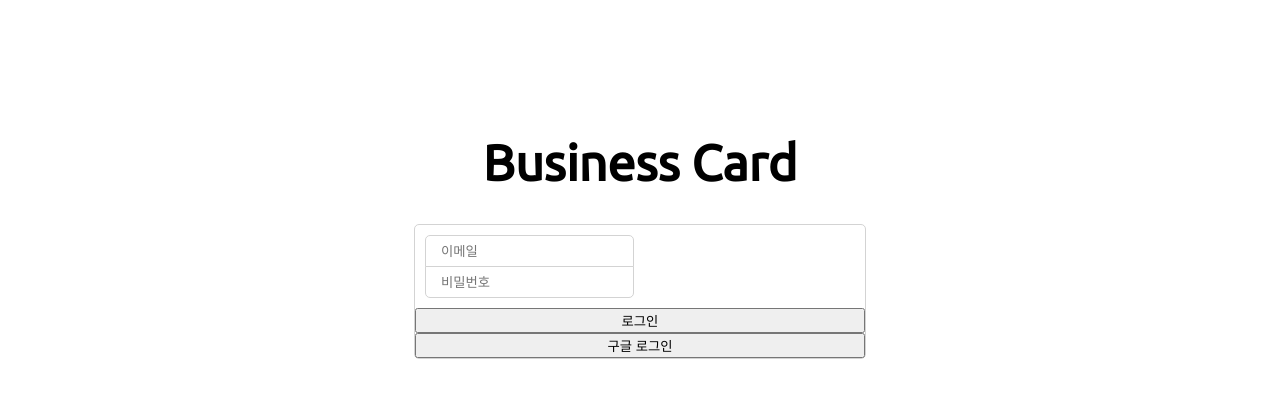
Repository: momo0170/react_businesscard
Page: /login
These files come from the project's save history. The page is drawn as it stood at one moment and after the next save; the edit follows.
The browser window is 1280 px wide. The pictures show the whole page.
The page's requests for data from a server got no answer. The project was rebuilt for these pictures with package versions that can differ from the ones it lists, and the page was loaded fresh each time. No one was signed in, and anything a server would have sent is missing.

Above is the page before, as saved 2022-08-10 20:07:34.

### public/index.html
<!DOCTYPE html>
<html lang="en">
  <head>
    <meta charset="utf-8" />
    <link rel="icon" href="%PUBLIC_URL%/favicon.ico" />
    <meta name="viewport" content="width=device-width, initial-scale=1" />
    <meta name="theme-color" content="#000000" />
    <meta
      name="description"
      content="Web site created using create-react-app"
    />
    <link rel="preconnect" href="https://fonts.googleapis.com" />
    <link rel="preconnect" href="https://fonts.gstatic.com" crossorigin />
    <link
      href="https://fonts.googleapis.com/css2?family=Ubuntu:ital,wght@0,400;1,500&display=swap"
      rel="stylesheet"
    />

    <title>App</title>
  </head>
  <body>
    <noscript>You need to enable JavaScript to run this app.</noscript>
    <div id="root"></div>
  </body>
</html>

### src/index.js
import React from 'react';
import ReactDOM from 'react-dom/client';
import './index.css';
import App from './app.jsx';
import './firebase.js';
import { BrowserRouter } from 'react-router-dom';

const root = ReactDOM.createRoot(document.getElementById('root'));
root.render(
  <BrowserRouter>
    <App />
  </BrowserRouter>
);

### src/index.css
body {
  margin: 0;
  font-family: 'Ubuntu', sans-serif;
  -webkit-font-smoothing: antialiased;
  -moz-osx-font-smoothing: grayscale;
}

code {
  font-family: source-code-pro, Menlo, Monaco, Consolas, 'Courier New',
    monospace;
}

### src/app.jsx
import React, { useState } from 'react';
import { Routes, Route } from 'react-router-dom';
import { auth, app } from './firebase';
import {
  GoogleAuthProvider,
  signInWithPopup,
  createUserWithEmailAndPassword,
  onAuthStateChanged,
  signInWithEmailAndPassword,
  signOut,
} from 'firebase/auth';
import Login from './components/login';

// createUserWithEmailAndPassword : 회원가입
// signInWithEmailAndPassword : 로그인
// signOut : 로그아웃
// sendEmailVerifiacation : 회원가입한 이메일 유호 확인
// updateEmail : 회원가입한 아이디 이메일 변경
// updatePassword : 회원가입한 아이디 패스워드 변경
// sendPasswordResetEmail : 회원가입한 비빌먼호 재설정
// delete : 회원가입한 아이디 삭제
// reauthenticate : 아이디 재인증
// onAuthStateChanged : 사용자의 로그인 상태 변경 감시

function App() {
  const [registerEmail, setRegisterEmail] = useState('');
  const [registerPassword, setRegisterPassword] = useState('');
  const [loginEmail, setLoginEmail] = useState('');
  const [loginPassword, setLoginPassword] = useState('');
  const [googleUserData, setGoogleUserData] = useState(null);
  const [emailUserData, setEmailUserData] = useState(null);

  // 회원가입
  const register = () => {
    createUserWithEmailAndPassword(auth, registerEmail, registerPassword)
      .then((userCredential) => {
        // Signed in
        var registerUser = userCredential.user;
        console.log(registerUser);
      })
      .catch((error) => {
        var errorCode = error.code;
        var errorMessage = error.message;
        console.log(errorCode);
        console.log(errorMessage);
        // ..
      });
  };

  // 이메일 로그인
  const emailLogin = () => {
    signInWithEmailAndPassword(auth, loginEmail, loginPassword)
      .then((userCredential) => {
        const user = userCredential.user;
        setEmailUserData(user);
        console.log(user);
      })
      .catch((error) => {
        const errorCode = error.code;
        const errorMessage = error.message;
        console.log(errorCode);
        console.log(errorMessage);
      });
  };

  // 구글 로그인
  const googleLogin = () => {
    const provider = new GoogleAuthProvider(); // provider를 구글로 설정
    signInWithPopup(auth, provider) // popup을 이용한 signup
      .then((data) => {
        setGoogleUserData(data.user); // user data 설정
        console.log(data); // console로 들어온 데이터 표시
      })
      .catch((err) => {
        console.log(err);
      });
  };

  return (
    <Routes>
      <Route path="/">
        <Route
          path="login"
          element={
            <Login
              googleLogin={googleLogin}
              register={register}
              emailLogin={emailLogin}
              googleUserData={googleUserData}
              setGoogleUserData={setGoogleUserData}
              emailUserData={emailUserData}
              setEmailUserData={setEmailUserData}
              setLoginEmail={setLoginEmail}
              setLoginPassword={setLoginPassword}
            />
          }
        />
      </Route>
      {/* <Route path="/main" element={<Main />} /> */}
    </Routes>
  );
}

export default App;

### src/firebase.js
import { initializeApp } from 'firebase/app';
import { getAuth } from 'firebase/auth';

const firebaseConfig = {
  apiKey: process.env.REACT_APP_API_KEY,
  authDomain: process.env.REACT_APP_AUTH_DOMAIN,
  projectId: process.env.REACT_APP_PROJECT_ID,
  storageBucket: process.env.REACT_APP_STORAGE_BUCKET,
  messagingSenderId: process.env.REACT_APP_MESSAGING_ID,
  appId: process.env.REACT_APP_APP_ID,
};
const app = initializeApp(firebaseConfig);
const auth = getAuth(app);

export { app, auth };

### src/components/login.jsx
import React from 'react';
import styles from '../css/login.module.css';

function Login({
  googleLogin,
  googleUserData,
  register,
  emailLogin,
  setGoogleUserData,
  emailUserData,
  setEmailUserData,
  setLoginEmail,
  setLoginPassword,
}) {
  return (
    <>
      <h1 className={styles.title}>Business Card</h1>
      <div className={styles.container}>
        <div className={styles.input}>
          <div>
            <input
              placeholder="이메일"
              className={styles.id}
              onChange={(e) => {
                setLoginEmail(e.target.value);
              }}
            />
          </div>
          <div>
            <input
              placeholder="비밀번호"
              className={styles.password}
              onChange={(e) => {
                setLoginPassword(e.target.value);
              }}
            />
          </div>
        </div>
        <div className={styles.login}>
          {/* 구글 로그인 */}

          <button onClick={googleLogin}>로그인</button>

          {/* 이메일 로그인 */}
          <button onClick={emailLogin}>구글 로그인</button>
        </div>
      </div>
    </>
  );
}

export default Login;

### src/css/login.module.css
@value normalBlue from '../common/colors.css';
@value lightGrey from '../common/colors.css';

.title {
  text-align: center;
  padding-top: 100px;
  font-size: 50px;
  color: normalBlue;
}

.container {
  display: flex;
  flex-direction: column;
  width: 450px;
  border: 1px solid lightGrey;
  border-radius: 5px;
  margin: 0 auto;
}

.input {
  display: flex;
  flex-direction: column;
  padding: 10px 10px;
}

.id,
.password {
  height: 30px;
  padding: 15px;
  outline: 0;
  box-sizing: border-box;
}

.id {
  border: 1px solid lightGrey;
  border-top-left-radius: 5px;
  border-top-right-radius: 5px;
}

.password {
  border: 1px solid lightGrey;
  border-bottom-left-radius: 5px;
  border-bottom-right-radius: 5px;
  margin-top: -1px;
}

.login {
  display: flex;
  flex-direction: column;
}

After the next save:
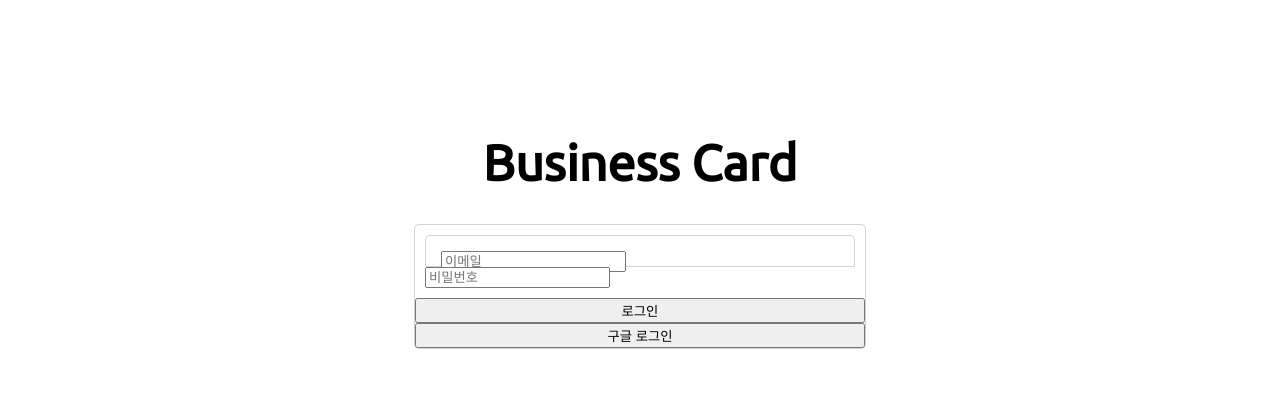
Saved 43 min 39 s later.
--- a/src/components/login.jsx
+++ b/src/components/login.jsx
@@ -17,10 +17,10 @@ function Login({
       <h1 className={styles.title}>Business Card</h1>
       <div className={styles.container}>
         <div className={styles.input}>
-          <div>
+          <div className={styles.id}>
             <input
               placeholder="이메일"
-              className={styles.id}
+              className={styles.inputId}
               onChange={(e) => {
                 setLoginEmail(e.target.value);
               }}
@@ -29,7 +29,7 @@ function Login({
           <div>
             <input
               placeholder="비밀번호"
-              className={styles.password}
+              className={styles.inputPassword}
               onChange={(e) => {
                 setLoginPassword(e.target.value);
               }}

After the save that followed:
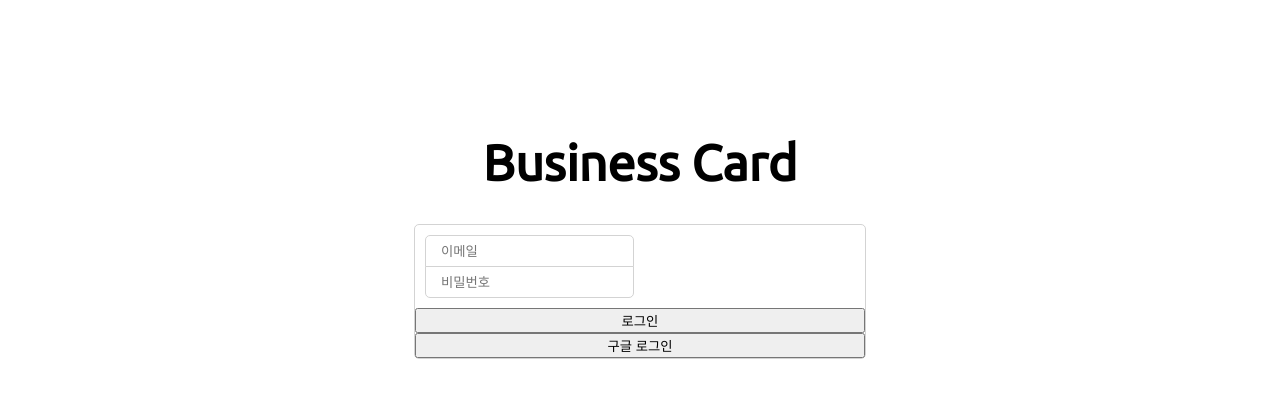
Saved 23 s later.
--- a/src/css/login.module.css
+++ b/src/css/login.module.css
@@ -23,21 +23,21 @@
   padding: 10px 10px;
 }
 
-.id,
-.password {
+.inputId,
+.inputPassword {
   height: 30px;
   padding: 15px;
   outline: 0;
   box-sizing: border-box;
 }
 
-.id {
+.inputId {
   border: 1px solid lightGrey;
   border-top-left-radius: 5px;
   border-top-right-radius: 5px;
 }
 
-.password {
+.inputPassword {
   border: 1px solid lightGrey;
   border-bottom-left-radius: 5px;
   border-bottom-right-radius: 5px;
